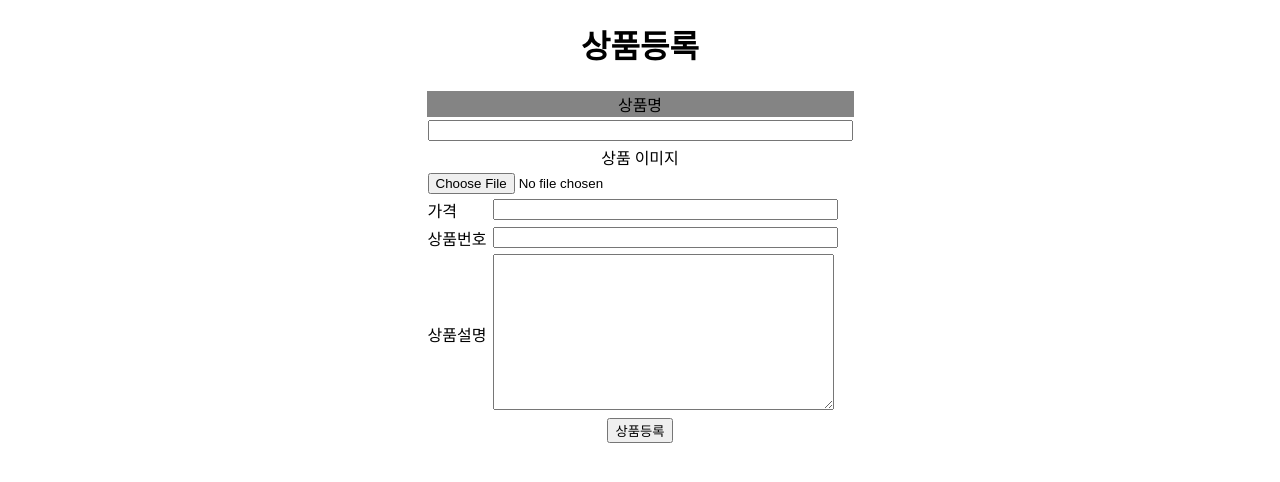
Repository: gunvv00/Java_practice
Page: html_work/html01/WebContent/goods.html
An editor plug-in stored every save of this project. The page is shown before and after the next save, followed by the edit.
The browser window is 1280 px wide. The pictures show the whole page.

Above is the page before, as saved 2020-01-02 08:01:25.

After the next save:
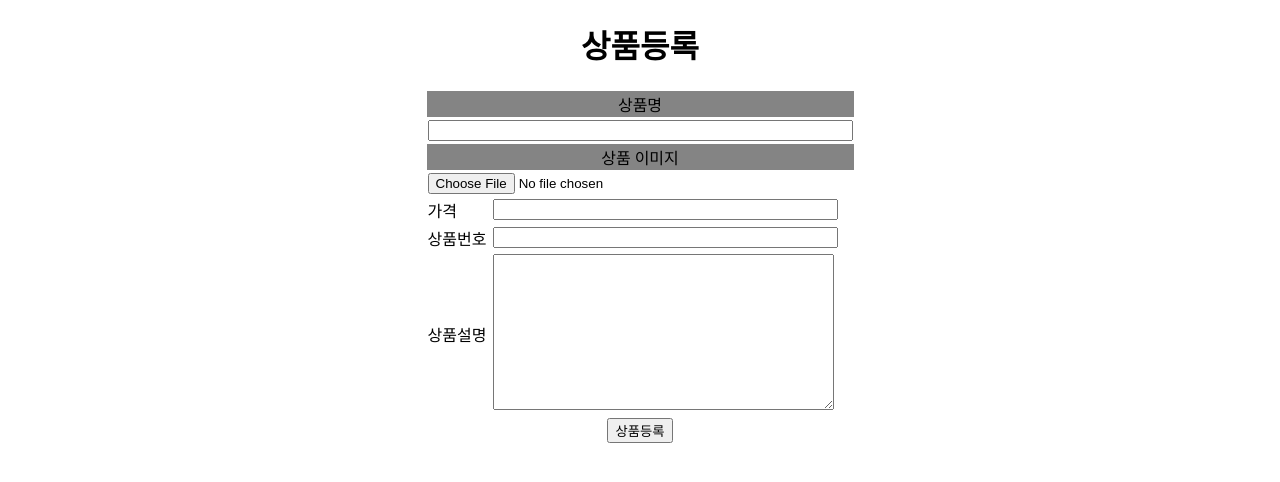
Saved 18 s later.
--- a/html_work/html01/WebContent/goods.html
+++ b/html_work/html01/WebContent/goods.html
@@ -15,7 +15,7 @@
 			<td align = "center" colspan = "2"><input type = "product" name="" value = ""  size = "50"></td>
 		</tr>
 		<tr>
-			<td align = "center" colspan = "2">상품 이미지</td>
+			<td bgcolor = #848484 align = "center" colspan = "2">상품 이미지</td>
 		</tr>
 		<tr>
 			<td colspan = "2"><input type='file' name='file' value ="" /></td>
